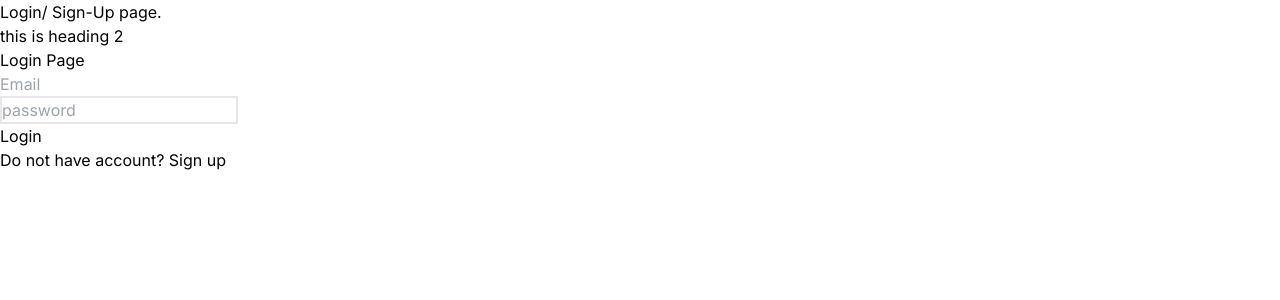
Repository: its-kundan/food-on-time
Page: /restaurant
An editor plug-in stored every save of this project. The page is shown before and after a run of saves, followed by the edit.
The browser window is 1280 px wide. The pictures show the whole page.
The project was rebuilt for these pictures with package versions that can differ from the ones it lists, and the page was loaded fresh each time. The framework's server and built-in components were replaced by stand-ins that run in the browser. Also part of the build but not shown: next.config.mjs, src/app/_components/SignUp.jsx.

Above is the page before, as saved 2024-07-24 19:43:30.

After the next 6 saves:
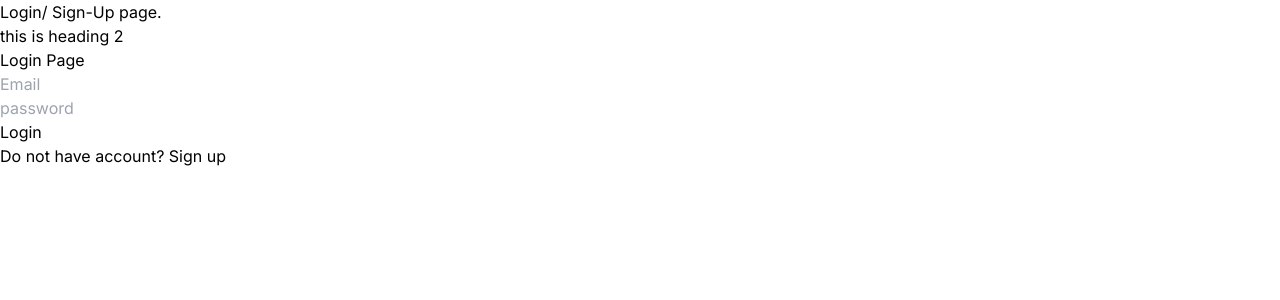
The 6 saves are shown as one change because they came seconds apart.
The last was saved 17 s later.
--- a/src/app/_components/Login.jsx
+++ b/src/app/_components/Login.jsx
@@ -6,7 +6,7 @@ function Login() {
         <h3> Login  Page</h3>
         <input className='border-black-2 ' type="email" placeholder="Email" />
         <br />
-        <input className='border-2' type="password" placeholder="password" />
+        <input className='border-black' type="password" placeholder="password" />
         <br />
         <button>Login</button>
     </>
